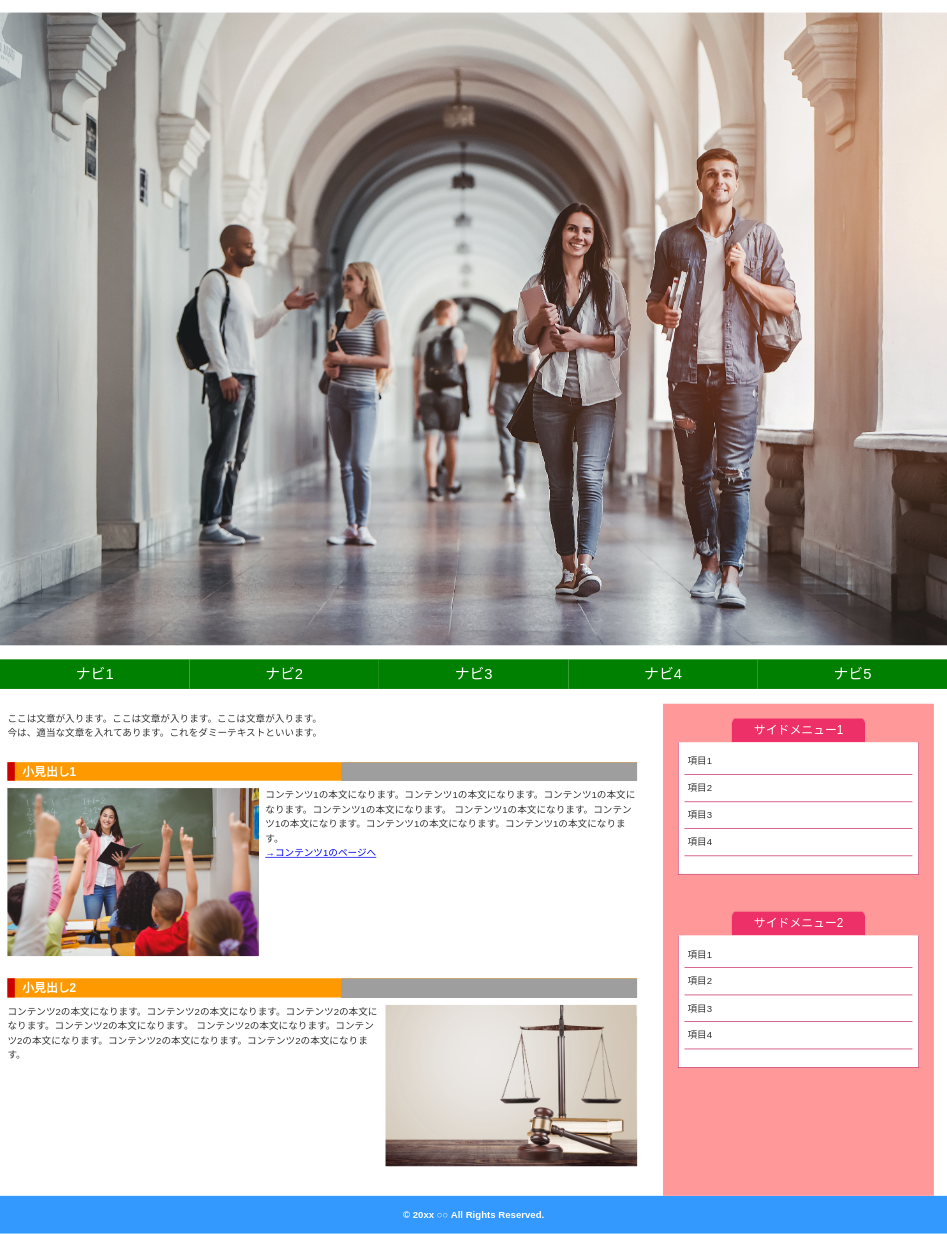
Repository: qedhourse580/samurai_HTML-CSS
Page: home.html
The author's editor kept a record of every edit. The page is drawn from the files as they stood at one moment, then again after the next edit.
The browser window is 1280 px wide. The pictures show the whole page, at 74% of full size.
Pictures or frames that could not be fetched are drawn as grey boxes.

Above is the page before.

### home.html
<!DOCTYPE html>
<html lang="ja">
    <head>
        <meta charset="UTF-8">
        <title>HTML/CSSの学習</title>
        <link rel="stylesheet" href="stylesheet.css">
    </head>
    <body>
        <div id="header">
            <h1><a href="index.html"><img id="corridor" src="images/corridor.jpg" alt="大学の廊下" /></a></h1>
        </div>
        <div id="wrapper">
            <div id="nav">
                <ul>
                    <li><a href="home.html">ナビ1</a></li>
                    <li><a href="#">ナビ2</a></li>
                    <li><a href="#">ナビ3</a></li>
                    <li><a href="#">ナビ4</a></li>
                    <li><a href="#">ナビ5</a></li>
                </ul>
            </div>
            <div id="container">
                <div id="main">
                    <div class="post">
                        <p>ここは文章が入ります。ここは文章が入ります。ここは文章が入ります。<br />今は、適当な文章を入れてあります。これをダミーテキストといいます。</p>
                    </div>
                    <div class="post clearfix">
                        <h2>小見出し1</h2>
                        <img class="left" src="images/classroom.jpg" alt="授業風景" />
                        <p>
                            コンテンツ1の本文になります。コンテンツ1の本文になります。コンテンツ1の本文になります。コンテンツ1の本文になります。
                            コンテンツ1の本文になります。コンテンツ1の本文になります。コンテンツ1の本文になります。コンテンツ1の本文になります。
                        </p>
                        <p><a href="#">→コンテンツ1のページへ</a></p>
                    </div>
                    <div class="post clearfix">
                        <h2>小見出し2</h2>
                        <img class="right" src="images/scale.jpg" alt="天秤" />
                        <p>
                            コンテンツ2の本文になります。コンテンツ2の本文になります。コンテンツ2の本文になります。コンテンツ2の本文になります。
                            コンテンツ2の本文になります。コンテンツ2の本文になります。コンテンツ2の本文になります。コンテンツ2の本文になります。
                        </p>
                    </div>
                </div>
                <div id="side">
                    <div class="box">
                        <h2>サイドメニュー1</h2>
                        <div class="boxBody">
                            <ul>
                                <li>項目1</li>
                                <li>項目2</li>
                                <li>項目3</li>
                                <li>項目4</li>
                            </ul>
                        </div>
                    </div>
                    <div class="box">
                        <h2>サイドメニュー2</h2>
                        <div class="boxBody">
                            <ul>
                                <li>項目1</li>
                                <li>項目2</li>
                                <li>項目3</li>
                                <li>項目4</li>
                            </ul>
                        </div>
                    </div>
                </div>
            </div>
        </div>
        <div id="footer">
            <p>&copy; 20xx ○○ All Rights Reserved.</p>
        </div>
    </body>
</html>

### stylesheet.css
@charset "utf-8";

body {
	margin: 0;
	padding: 0;
	font-family: "ヒラギノ角ゴ Pro W3", "Hiragino Kaku Gothic Pro", "メイリオ", Meiryo, Osaka, "ＭＳ Ｐゴシック", "MS PGothic", sans-serif;
	color: #333;
	font-size: 13px;
	line-height: 150%;
}

/* -------------------- wrapper -------------------- */
#wrapper {
	width: 100%;
	margin: auto;
	padding: 0px;
	border: 0px;
	background-color: #FFF;
	top: 10px;
}

/* ------------------- header ---------------------- */
#header {
	width: 100%;
}

#header1 h1 {
	margin: 0;
	padding: 0;
}

#corridor {
	width: 100%;
	height: auto;
}

/* -------------------- footer -------------------- */
#footer {
	clear: both;
	width: 100%;
	padding: 3px 0 3px 0;
	background: #39F;
	color: #FFF;
	font-weight: bold;
	text-align: center;
}

/* -------------------- nav -------------------- */
#nav {
	width: 100%;
}

#nav ul {
	display: flex;
	margin: 0;
	padding: 0;
	list-style-type: none;
}

#nav ul li {
	/*float: left;*/
	width: 20%;
	text-align: center;
}

#nav ul li a {
	display: block;
	height: 20px;
	margin: 0;
	padding: 10px;
	color: #FFF;
	font-size: 20px;
	text-decoration: none;
	background-color: green;
}

#nav ul li a:hover {
	filter: drop-shadow(10px 10px 10px black);
}

/* -------------------- container -------------------- */
#container {
	width: 100%;
	margin: auto;
	padding: auto;
	padding-top: 20px;
	clear: both;
	display: grid;
	grid-template-columns: 70vw 30vw;
}

/* -------------------- main -------------------- */
#main  {
	/*float: left;*/
	width: 95%;
	padding: 10px 30px 10px 10px;
}

#main h2 {
	margin: 0 0 10px 0;
	padding: 3px 10px 3px 10px;
	color: #FFF;
	font-size: 16px;
	border-left: solid 10px #C00;
	background: #F90 url(../images/main_h2.jpg) right top repeat-y;
}

#main p {
	margin: 0;
	padding: 0;
}

#main .post {
	margin: 0 0 30px 0;
}

#main .post img.right {
	margin: 0 0 0 8px;
}

#main .post img.left {
	margin: 0 8px 0 0;
}

.right {
	float: right;
	width: 40%;
	height: auto;
}

.left {
	float: left;
	width: 40%;
	height: auto;
}

/* -------------------- clearfix -------------------- */
.clearfix {
	zoom: 1;
}

.clearfix:after{
	content: "";
	display: block;
	clear: both;
}

/* -------------------- side -------------------- */
#side {
	/*float: right;*/
	width: 85%;
	padding: 20px;
	background-color: #F99;
}

#side .box {
	margin: 0 auto 30px auto;
	padding: 0 0 20px 0;
	background: url(images/side_box.png) bottom no-repear;
}

#side .box h2 {
 	 margin: 0;
 	 padding: 8px;
 	 text-align: center;
 	 color: #fff;
 	 font-size: 16px;
 	 line-height: 16px;
 	 font-weight: normal;
 	 background: url(images/side_box_h2.png) center no-repeat;
}

 #side .box .boxBody {
 	 padding: 8px;
 	 border-right: solid 1px #C36;
 	 border-bottom: solid 1px #C36;
 	 border-left: solid 1px #C36;
 	 background: #fff;
 }
 #side .box .boxBody ul {
 	 margin: 0 0 16px 0;
 	 padding: 0;
 }
 #side .box .boxBody ul li {
 	 padding: 8px 0 8px 4px;
 	 list-style: none;
 	 border-bottom: solid 1px #C36;
 }

#side .box .boxBody ul li:hover {
	padding: 8px 0 8px 4px;
	list-style: none;
	border-bottom: solid 1px #C36;
	box-shadow: 0px 4px 4px rgba(0, 0, 0, 0.3);
}

After the next edit:
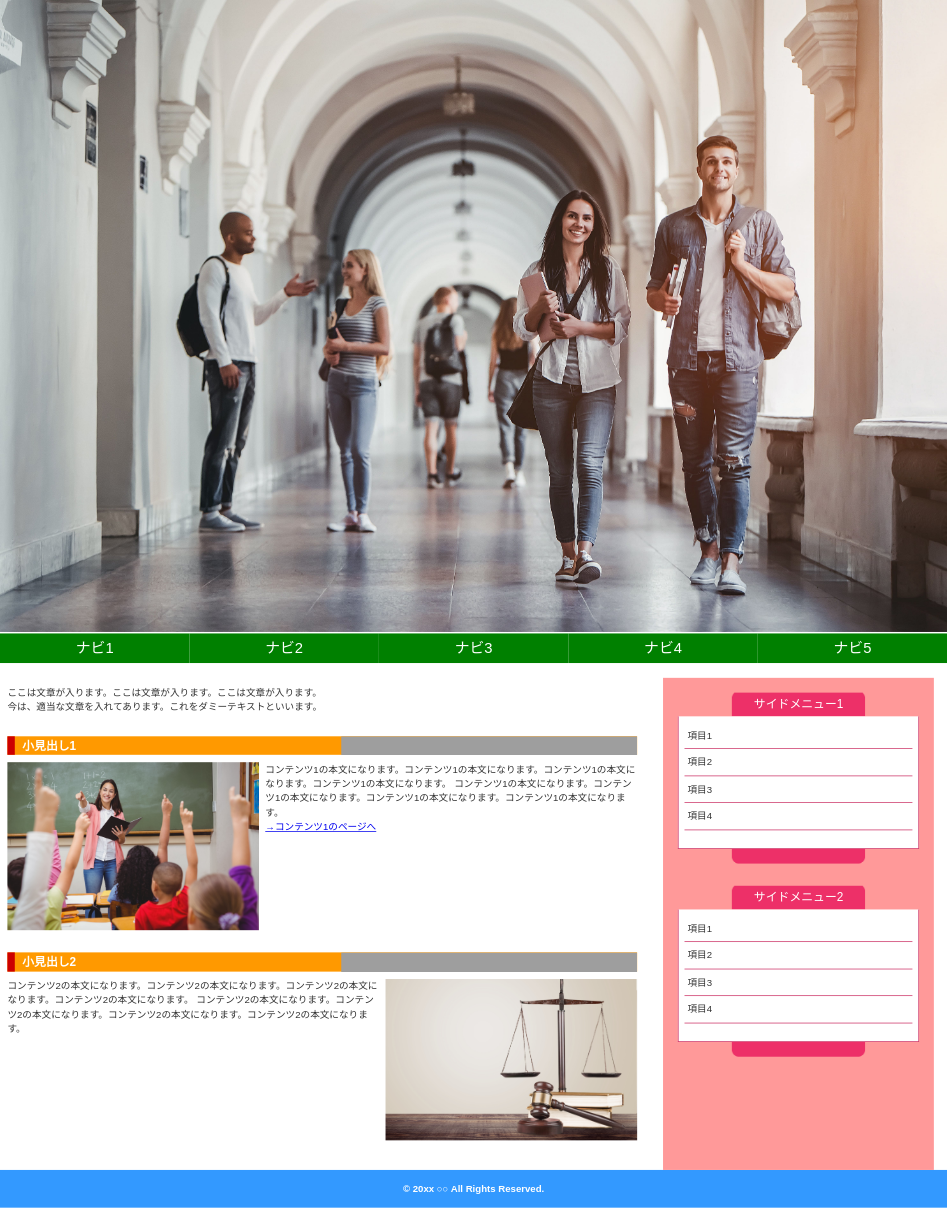
The edit:
--- a/stylesheet.css
+++ b/stylesheet.css
@@ -19,12 +19,11 @@
 	top: 10px;
 }
 
-/* ------------------- header ---------------------- */
+/* -------------------- header -------------------- */
 #header {
 	width: 100%;
 }
-
-#header1 h1 {
+#header h1 {
 	margin: 0;
 	padding: 0;
 }
@@ -49,20 +48,16 @@
 #nav {
 	width: 100%;
 }
-
 #nav ul {
 	display: flex;
 	margin: 0;
 	padding: 0;
 	list-style-type: none;
 }
-
 #nav ul li {
-	/*float: left;*/
 	width: 20%;
 	text-align: center;
 }
-
 #nav ul li a {
 	display: block;
 	height: 20px;
@@ -81,21 +76,18 @@
 /* -------------------- container -------------------- */
 #container {
 	width: 100%;
-	margin: auto;
+	margin: auto ;
 	padding: auto;
 	padding-top: 20px;
 	clear: both;
 	display: grid;
 	grid-template-columns: 70vw 30vw;
 }
-
 /* -------------------- main -------------------- */
-#main  {
-	/*float: left;*/
+#main {
 	width: 95%;
 	padding: 10px 30px 10px 10px;
 }
-
 #main h2 {
 	margin: 0 0 10px 0;
 	padding: 3px 10px 3px 10px;
@@ -104,12 +96,10 @@
 	border-left: solid 10px #C00;
 	background: #F90 url(../images/main_h2.jpg) right top repeat-y;
 }
-
 #main p {
 	margin: 0;
 	padding: 0;
 }
-
 #main .post {
 	margin: 0 0 30px 0;
 }
@@ -117,7 +107,6 @@
 #main .post img.right {
 	margin: 0 0 0 8px;
 }
-
 #main .post img.left {
 	margin: 0 8px 0 0;
 }
@@ -127,7 +116,6 @@
 	width: 40%;
 	height: auto;
 }
-
 .left {
 	float: left;
 	width: 40%;
@@ -138,7 +126,6 @@
 .clearfix {
 	zoom: 1;
 }
-
 .clearfix:after{
 	content: "";
 	display: block;
@@ -147,45 +134,41 @@
 
 /* -------------------- side -------------------- */
 #side {
-	/*float: right;*/
 	width: 85%;
 	padding: 20px;
 	background-color: #F99;
 }
-
 #side .box {
 	margin: 0 auto 30px auto;
 	padding: 0 0 20px 0;
-	background: url(images/side_box.png) bottom no-repear;
+	background: url(images/side_box.png) bottom no-repeat;
 }
-
 #side .box h2 {
- 	 margin: 0;
- 	 padding: 8px;
- 	 text-align: center;
- 	 color: #fff;
- 	 font-size: 16px;
- 	 line-height: 16px;
- 	 font-weight: normal;
- 	 background: url(images/side_box_h2.png) center no-repeat;
+	margin: 0;
+	padding: 8px;
+	text-align: center;
+	color: #fff;
+	font-size: 16px;
+	line-height: 16px;
+	font-weight: normal;
+	background: url(images/side_box_h2.png) center no-repeat;
 }
-
- #side .box .boxBody {
- 	 padding: 8px;
- 	 border-right: solid 1px #C36;
- 	 border-bottom: solid 1px #C36;
- 	 border-left: solid 1px #C36;
- 	 background: #fff;
- }
- #side .box .boxBody ul {
- 	 margin: 0 0 16px 0;
- 	 padding: 0;
- }
- #side .box .boxBody ul li {
- 	 padding: 8px 0 8px 4px;
- 	 list-style: none;
- 	 border-bottom: solid 1px #C36;
- }
+#side .box .boxBody {
+	padding: 8px;
+	border-right: solid 1px #C36;
+	border-bottom: solid 1px #C36;
+	border-left: solid 1px #C36;
+	background: #fff;
+}
+#side .box .boxBody ul {
+	margin: 0 0 16px 0;
+	padding: 0;
+}
+#side .box .boxBody ul li {
+	padding: 8px 0 8px 4px;
+	list-style: none;
+	border-bottom: solid 1px #C36;
+}
 
 #side .box .boxBody ul li:hover {
 	padding: 8px 0 8px 4px;
